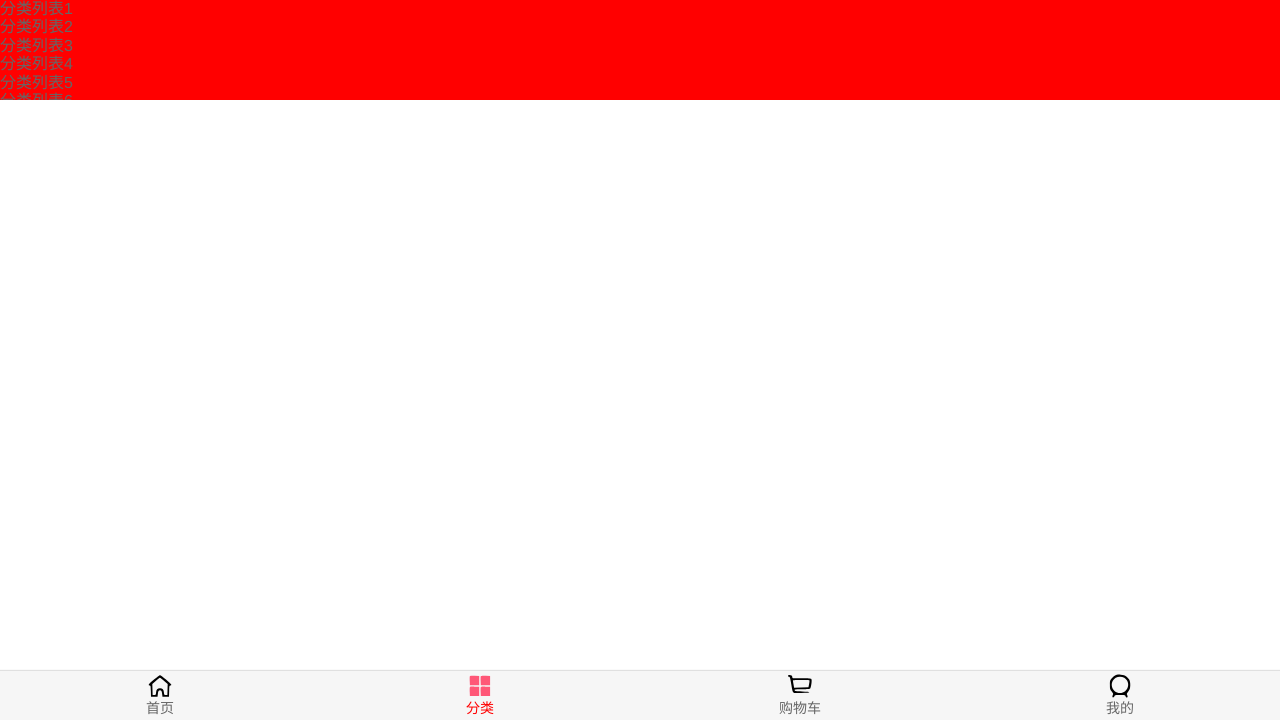
Repository: 2074623967/mymall
Page: /category
An editor plug-in stored every save of this project. The page is shown before and after the next save, followed by the edit.
The browser window is 1280 px wide. The pictures show the whole page.
The project was rebuilt for these pictures with package versions that can differ from the ones it lists, and the page was loaded fresh each time. Also part of the build but not shown: vue.config.js.

Above is the page before, as saved 2021-08-22 15:39:59.

### src/App.vue
<template>
  <div id="app">
    <router-view/>
    <main-tab-bar/>
  </div>
</template>

<script>
  import MainTabBar from 'components/content/mainTabbar/MainTabBar'

  export default {
    name: 'app',
    components: {
      MainTabBar
    }
  }
</script>

<style>
  @import "assets/css/base.css";
</style>

### src/assets/css/base.css
@import "./normalize.css";

/*:root -> 获取根元素html*/
:root {
  --color-text: #666;
  --color-high-text: #ff5777;
  --color-tint: #ff8198;
  --color-background: #fff;
  --font-size: 14px;
  --line-height: 1.5;
}

*,
*::before,
*::after {
  margin: 0;
  padding: 0;
  box-sizing: border-box;
}

body {
  font-family: "Helvetica Neue",Helvetica,"PingFang SC","Hiragino Sans GB","Microsoft YaHei","微软雅黑",Arial,sans-serif;
  user-select: none; /* 禁止用户鼠标在页面上选中文字/图片等 */
  -webkit-tap-highlight-color: transparent; /* webkit是苹果浏览器引擎，tap点击，highlight背景高亮，color颜色，颜色用数值调节 */
  background: var(--color-background);
  color: var(--color-text);
  /* rem vw/vh */
  width: 100vw;
}

a {
  color: var(--color-text);
  text-decoration: none;
}


.clear-fix::after {
  clear: both;
  content: '';
  display: block;
  width: 0;
  height: 0;
  visibility: hidden;
}

.clear-fix {
  zoom: 1;
}

.left {
  float: left;
}

.right {
  float: right;
}

### src/components/content/mainTabbar/MainTabBar.vue
<template>
  <tab-bar>
    <tab-bar-item path="/home">
      <img slot="item-icon" src="~assets/img/tabbar/home.svg" alt="">
      <img slot="item-icon-active" src="~assets/img/tabbar/home_active.svg" alt="">
      <div slot="item-text">首页</div>
    </tab-bar-item>
    <tab-bar-item path="/category">
      <img slot="item-icon" src="~assets/img/tabbar/category.svg" alt="">
      <img slot="item-icon-active" src="~assets/img/tabbar/category_active.svg" alt="">
      <div slot="item-text">分类</div>
    </tab-bar-item>
    <tab-bar-item path="/cart">
      <img slot="item-icon" src="~assets/img/tabbar/shopcart.svg" alt="">
      <img slot="item-icon-active" src="~assets/img/tabbar/shopcart_active.svg" alt="">
      <div slot="item-text">购物车</div>
    </tab-bar-item>
    <tab-bar-item path="/profile">
      <img slot="item-icon" src="~assets/img/tabbar/profile.svg" alt="">
      <img slot="item-icon-active" src="~assets/img/tabbar/profile_active.svg" alt="">
      <div slot="item-text">我的</div>
    </tab-bar-item>
  </tab-bar>
</template>

<script>
  import TabBar from 'components/common/tabbar/TabBar'
  import TabBarItem from 'components/common/tabbar/TabBarItem'

  export default {
    name: "MainTabBar",
    components: {
      TabBar,
      TabBarItem
    }
  }
</script>

<style scoped>

</style>

### src/views/category/Category.vue
<template>
  <div class="wrapper" ref="aaaa">
    <ul class="content">
      <li>分类列表1</li>
      <li>分类列表2</li>
      <li>分类列表3</li>
      <li>分类列表4</li>
      <li>分类列表5</li>
      <li>分类列表6</li>
      <li>分类列表7</li>
      <li>分类列表8</li>
      <li>分类列表9</li>
      <li>分类列表10</li>
      <li>分类列表11</li>
      <li>分类列表12</li>
      <li>分类列表13</li>
      <li>分类列表14</li>
      <li>分类列表15</li>
      <li>分类列表16</li>
      <li>分类列表17</li>
      <li>分类列表18</li>
      <li>分类列表19</li>
      <li>分类列表20</li>
      <li>分类列表21</li>
      <li>分类列表22</li>
      <li>分类列表23</li>
      <li>分类列表24</li>
      <li>分类列表25</li>
      <li>分类列表26</li>
      <li>分类列表27</li>
      <li>分类列表28</li>
      <li>分类列表29</li>
      <li>分类列表30</li>
      <li>分类列表31</li>
      <li>分类列表32</li>
      <li>分类列表33</li>
      <li>分类列表34</li>
      <li>分类列表35</li>
      <li>分类列表36</li>
      <li>分类列表37</li>
      <li>分类列表38</li>
      <li>分类列表39</li>
      <li>分类列表40</li>
      <li>分类列表41</li>
      <li>分类列表42</li>
      <li>分类列表43</li>
      <li>分类列表44</li>
      <li>分类列表45</li>
      <li>分类列表46</li>
      <li>分类列表47</li>
      <li>分类列表48</li>
      <li>分类列表49</li>
      <li>分类列表50</li>
      <li>分类列表51</li>
      <li>分类列表52</li>
      <li>分类列表53</li>
      <li>分类列表54</li>
      <li>分类列表55</li>
      <li>分类列表56</li>
      <li>分类列表57</li>
      <li>分类列表58</li>
      <li>分类列表59</li>
      <li>分类列表60</li>
      <li>分类列表61</li>
      <li>分类列表62</li>
      <li>分类列表63</li>
      <li>分类列表64</li>
      <li>分类列表65</li>
      <li>分类列表66</li>
      <li>分类列表67</li>
      <li>分类列表68</li>
      <li>分类列表69</li>
      <li>分类列表70</li>
      <li>分类列表71</li>
      <li>分类列表72</li>
      <li>分类列表73</li>
      <li>分类列表74</li>
      <li>分类列表75</li>
      <li>分类列表76</li>
      <li>分类列表77</li>
      <li>分类列表78</li>
      <li>分类列表79</li>
      <li>分类列表80</li>
      <li>分类列表81</li>
      <li>分类列表82</li>
      <li>分类列表83</li>
      <li>分类列表84</li>
      <li>分类列表85</li>
      <li>分类列表86</li>
      <li>分类列表87</li>
      <li>分类列表88</li>
      <li>分类列表89</li>
      <li>分类列表90</li>
      <li>分类列表91</li>
      <li>分类列表92</li>
      <li>分类列表93</li>
      <li>分类列表94</li>
      <li>分类列表95</li>
      <li>分类列表96</li>
      <li>分类列表97</li>
      <li>分类列表98</li>
      <li>分类列表99</li>
      <li>分类列表100</li>
    </ul>
  </div>
</template>

<script>
import BScroll from 'better-scroll';
export default {
  name: 'Category',
  components: {},
  created() {},
  data() {
    return {
      scroll: null
    };
  },
  // 组件创建完后调用
  mounted() {
    this.scroll = new BScroll(this.$refs.aaaa, {
      probeType: 3,
      pullUpLoad: true
    });

    this.scroll.on('scroll', position => {
      console.log(position);
    });

    this.scroll.on('pullingUp', () => {
      console.log('上啦加载更多');
    });
  },

  methods: {}
};
</script>

<style scoped>
.wrapper {
  height: 100px;
  background-color: red;
  overflow: hidden;
  /* overflow-y: scroll; */
}
</style>

### src/components/common/tabbar/TabBarItem.vue
<template>
  <!--所有的item都展示同一个图片, 同一个文字-->
  <div class="tab-bar-item" @click="itemClick">
    <div v-if="!isActive"><slot name="item-icon"></slot></div>
    <div v-else><slot name="item-icon-active"></slot></div>
    <div :style="activeStyle"><slot name="item-text"></slot></div>
  </div>
</template>

<script>
  export default {
    name: "TabBarItem",
    props: {
      path: String,
      activeColor: {
        type: String,
        default: 'red'
      }
    },
    data() {
      return {
        // isActive: true
      }
    },
    computed: {
      isActive() {
        // /home -> item1(/home) = true
        // /home -> item1(/category) = false
        // /home -> item1(/cart) = true
        // /home -> item1(/profile) = true
        return this.$route.path.indexOf(this.path) !== -1
      },
      activeStyle() {
        return this.isActive ? {color: this.activeColor} : {}
      }
    },
    methods: {
      itemClick() {
        this.$router.replace(this.path)
      }
    }
  }
</script>

<style scoped>
  .tab-bar-item {
    flex: 1;
    text-align: center;
    height: 49px;
    font-size: 14px;
  }

  .tab-bar-item img {
    width: 24px;
    height: 24px;
    margin-top: 3px;
    vertical-align: middle;
    margin-bottom: 2px;
  }
</style>

Loaded but not shown: src/main.js (common file); src/router/index.js (common file); src/assets/css/normalize.css (library); src/components/common/tabbar/TabBar.vue (common file)

After the next save:
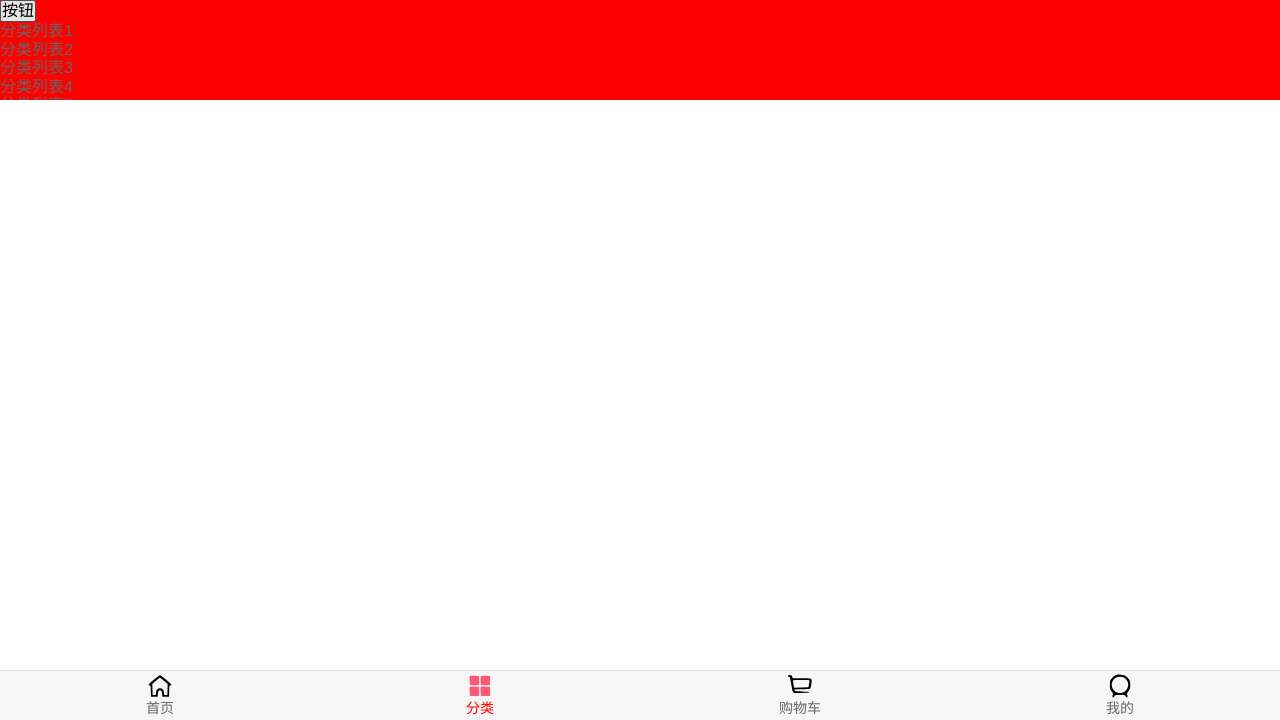
Saved 4 min 28 s later.
--- a/src/views/category/Category.vue
+++ b/src/views/category/Category.vue
@@ -1,5 +1,7 @@
 <template>
   <div class="wrapper" ref="aaaa">
+     <!--1.无论是否设置click:false, button都可以点击-->
+      <button @click="btnClick">按钮</button>
     <ul class="content">
       <li>分类列表1</li>
       <li>分类列表2</li>
@@ -119,8 +121,8 @@ export default {
   // 组件创建完后调用
   mounted() {
     this.scroll = new BScroll(this.$refs.aaaa, {
-      probeType: 3,
-      pullUpLoad: true
+      // probeType: 3,
+      // pullUpLoad: true
     });
 
     this.scroll.on('scroll', position => {
@@ -132,7 +134,14 @@ export default {
     });
   },
 
-  methods: {}
+  methods: {
+     btnClick() {
+        console.log('btnClick');
+      },
+      divClick() {
+        console.log('divClick');
+      }
+  }
 };
 </script>
 
